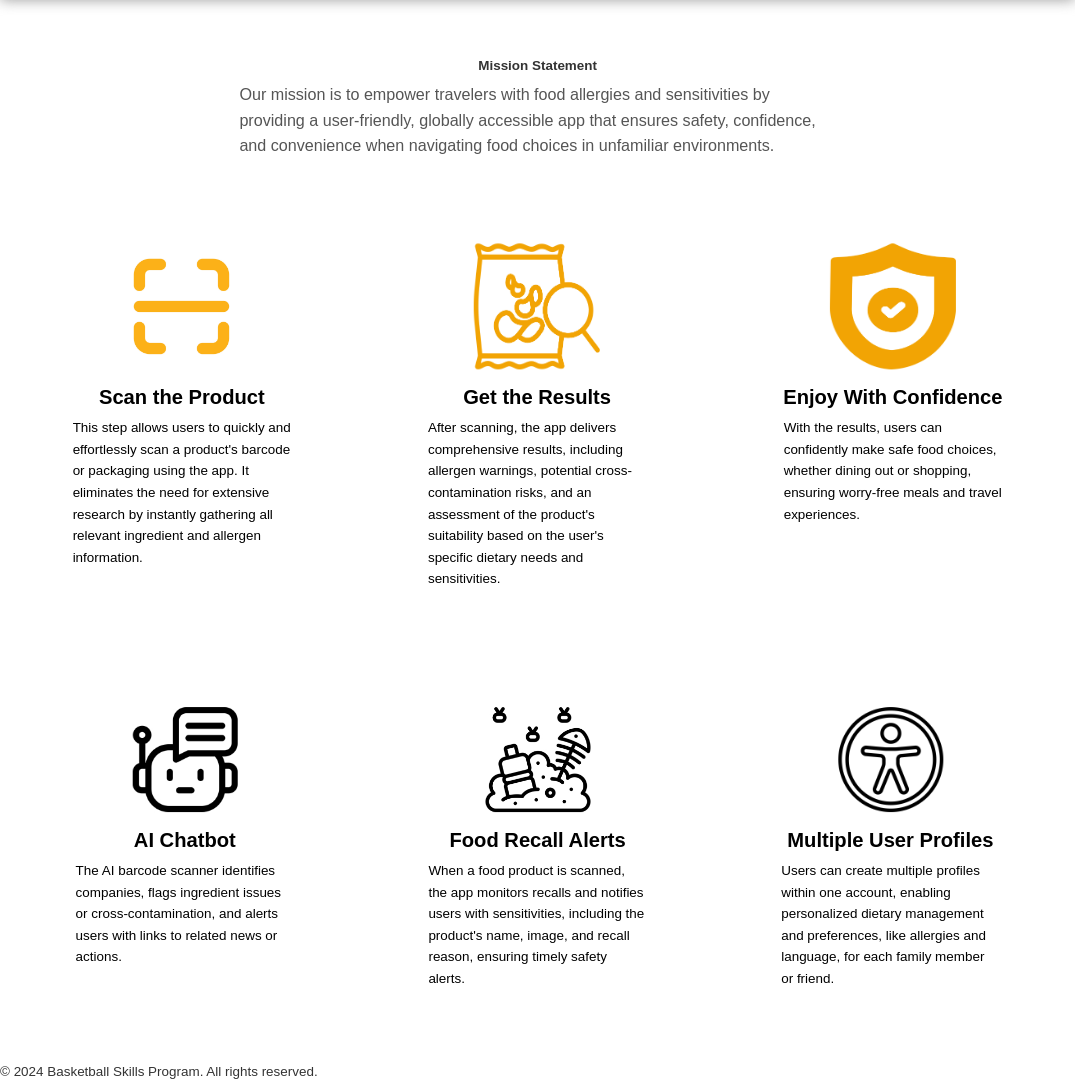
Repository: GavinPahal/landingpage
Page: /
These files come from the project's save history. The page is drawn as it stood at one moment and after a run of saves; the edit follows.
The browser window is 1280 px wide. The pictures show the part of the page from y = 720 to 2042 px (the page is 2005 px tall before and 2042 px after), at 84% of full size.
The project was rebuilt for these pictures with package versions that can differ from the ones it lists, and the page was loaded fresh each time. The framework's server and built-in components were replaced by stand-ins that run in the browser. Also part of the build but not shown: next.config.mjs.

Above is the page before, as saved 2024-11-28 18:01:05.

After the next 2 saves:
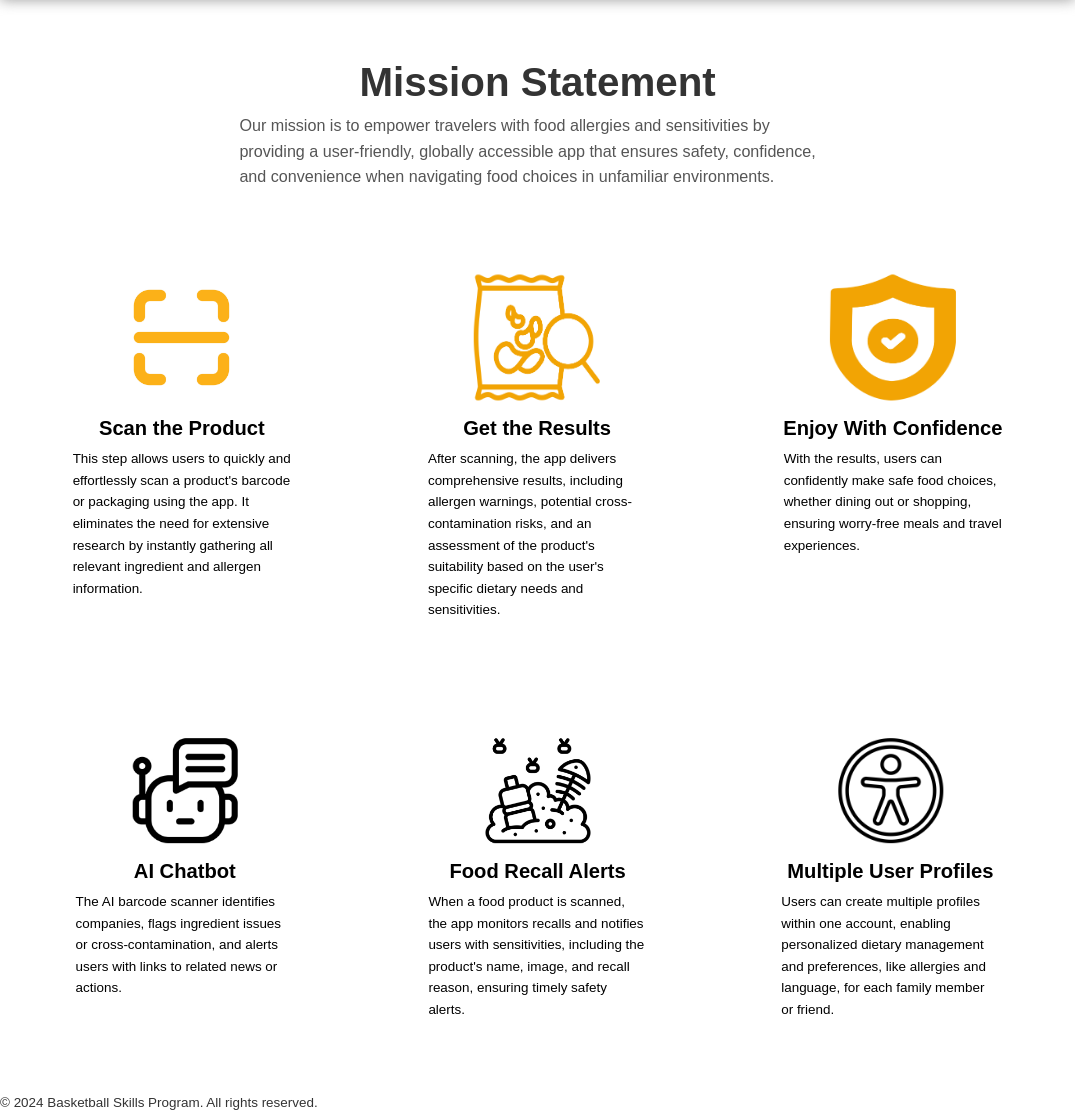
The 2 saves are shown as one change because they came seconds apart.
The last was saved 7 s later.
--- a/styles/globals.css
+++ b/styles/globals.css
@@ -248,7 +248,7 @@ body {
 }
 
 .missionStatement h1 {
-  font-size: 1rem;
+  font-size: 3rem;
   font-weight: bold;
   color: #333;
   margin-bottom: 10px;
